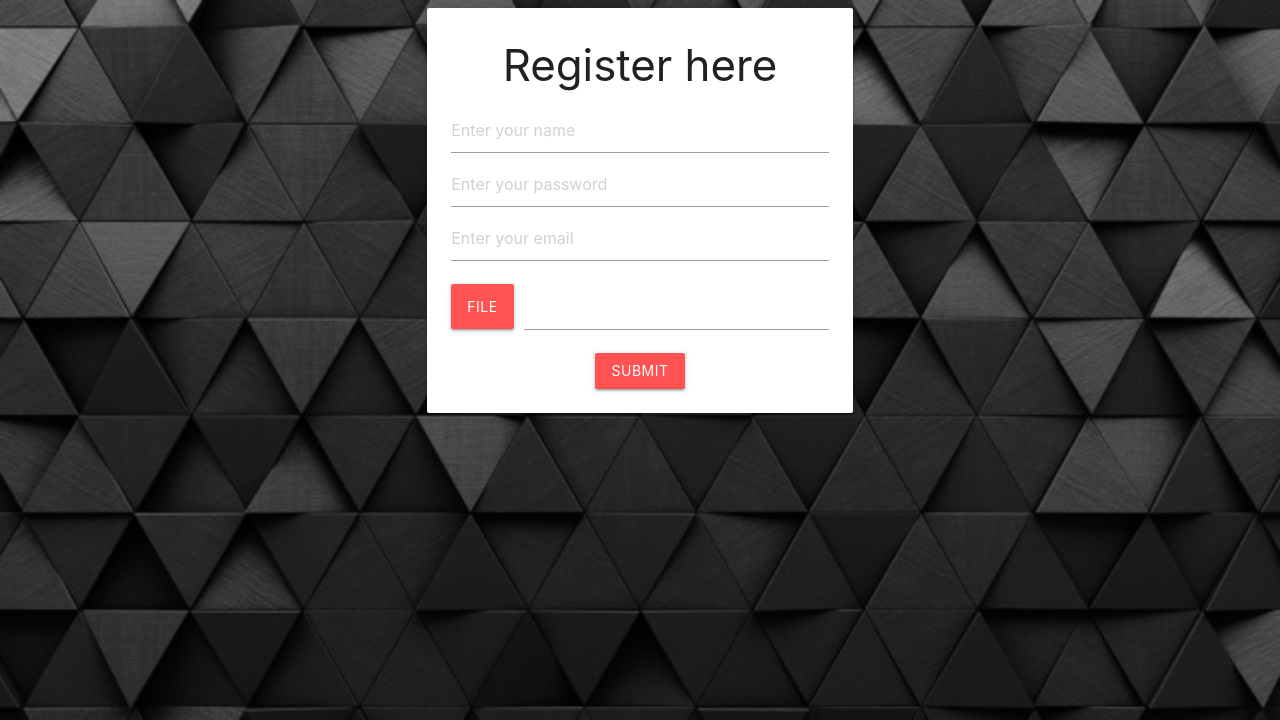
Repository: Attishgawali/JavaServletAndJSP
Page: http://localhost/Register/signup.jsp
The author's editor kept a copy of each file at every save. The page is drawn from the files as they stood at one save, then again after the next save.
The browser window is 1280 px wide. The pictures show the whole page.
The page is served by Tomcat 9.

Above is the page before, as saved 2023-07-06 16:12:59.

After the next save:
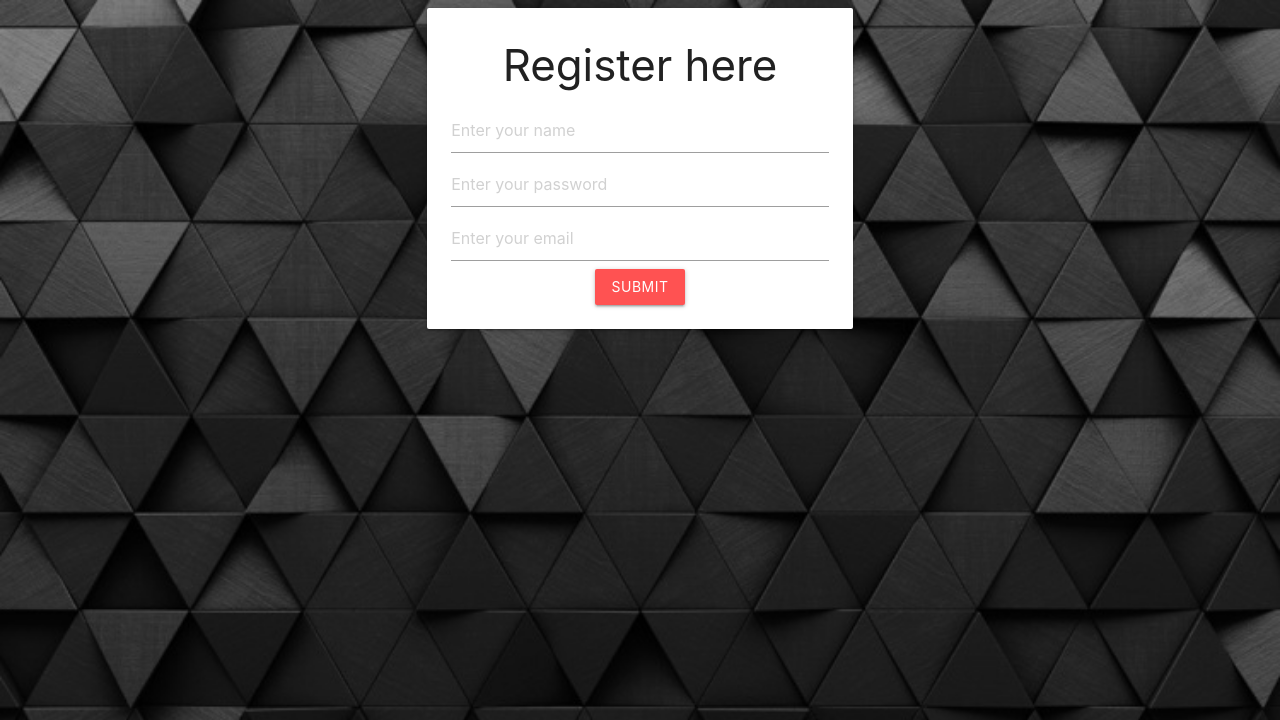
Saved 46 h 11 min later.
--- a/Register/src/main/webapp/signup.jsp
+++ b/Register/src/main/webapp/signup.jsp
@@ -29,14 +29,6 @@
 									placeholder="Enter your password"> <input type="email"
 									name="useremail" placeholder="Enter your email">
 
-								<div class="file-field input-field">
-									<div class="btn #ff5252 red accent-2">
-										<span>File</span> <input type="file">
-									</div>
-									<div class="file-path-wrapper">
-										<input class="file-path validate" type="text">
-									</div>
-								</div>
 
 								<button type="submit" class="btn #ff5252 red accent-2">Submit</button>
 							</form>
